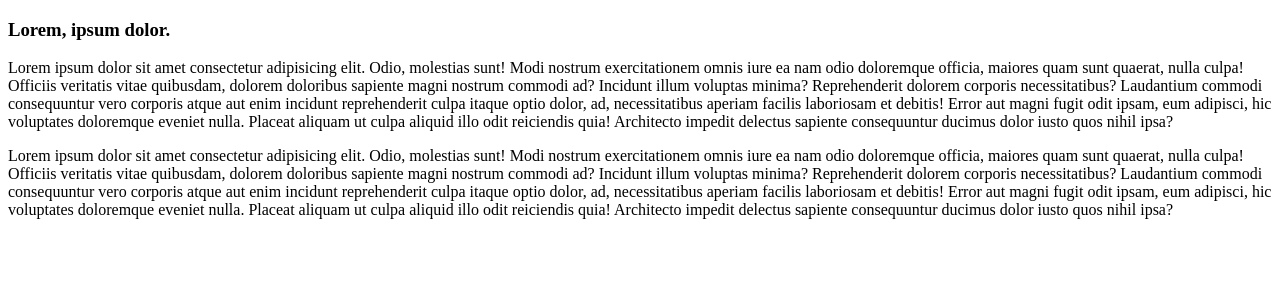
Repository: dinhhaidh/slider-book
Page: index.html
The author's editor kept a copy of each file at every save. The page is drawn from the files as they stood at one save, then again after a run of saves.
The browser window is 1280 px wide. The pictures show the whole page.

Above is the page before, as saved 2024-01-15 09:14:38.

### index.html
<!DOCTYPE html>
<html lang="en">
<head>
    <meta charset="UTF-8">
    <meta name="viewport" content="width=device-width, initial-scale=1.0">
    <title>Document</title>
</head>
<style>
    .content{
        column: 200px 2;

    }
</style>
<body>
    <div class="content">
        <h3 class="title">Lorem, ipsum dolor.</h3>
        <p>Lorem ipsum dolor sit amet consectetur adipisicing elit. Odio, molestias sunt! Modi nostrum exercitationem omnis iure ea nam odio doloremque officia, maiores quam sunt quaerat, nulla culpa! Officiis veritatis vitae quibusdam, dolorem doloribus sapiente magni nostrum commodi ad? Incidunt illum voluptas minima? Reprehenderit dolorem corporis necessitatibus? Laudantium commodi consequuntur vero corporis atque aut enim incidunt reprehenderit culpa itaque optio dolor, ad, necessitatibus aperiam facilis laboriosam et debitis! Error aut magni fugit odit ipsam, eum adipisci, hic voluptates doloremque eveniet nulla. Placeat aliquam ut culpa aliquid illo odit reiciendis quia! Architecto impedit delectus sapiente consequuntur ducimus dolor iusto quos nihil ipsa?</p>
        <div class="content-wp">
            <p>Lorem ipsum dolor sit amet consectetur adipisicing elit. Odio, molestias sunt! Modi nostrum exercitationem omnis iure ea nam odio doloremque officia, maiores quam sunt quaerat, nulla culpa! Officiis veritatis vitae quibusdam, dolorem doloribus sapiente magni nostrum commodi ad? Incidunt illum voluptas minima? Reprehenderit dolorem corporis necessitatibus? Laudantium commodi consequuntur vero corporis atque aut enim incidunt reprehenderit culpa itaque optio dolor, ad, necessitatibus aperiam facilis laboriosam et debitis! Error aut magni fugit odit ipsam, eum adipisci, hic voluptates doloremque eveniet nulla. Placeat aliquam ut culpa aliquid illo odit reiciendis quia! Architecto impedit delectus sapiente consequuntur ducimus dolor iusto quos nihil ipsa?</p>
        </div>
    </div>
</body>
</html>

After the next 2 saves:
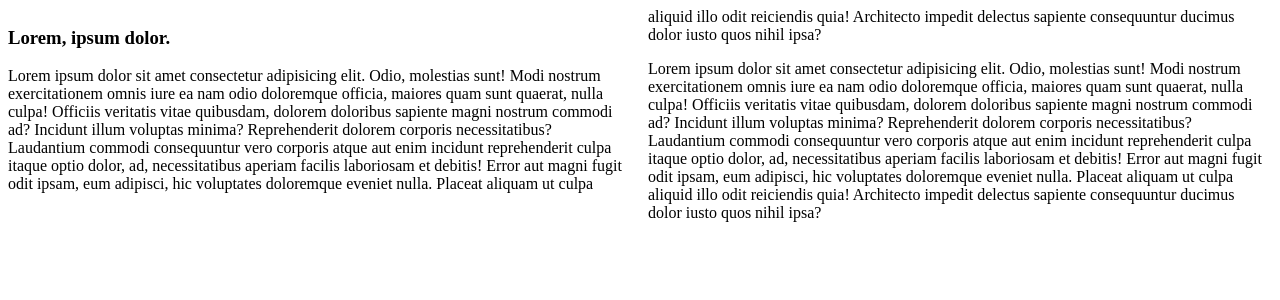
The 2 saves are shown as one change because they came seconds apart.
The last was saved 9 s later.
--- a/index.html
+++ b/index.html
@@ -7,7 +7,8 @@
 </head>
 <style>
     .content{
-        column: 200px 2;
+        columns: 200px 2;
+
 
     }
 </style>
